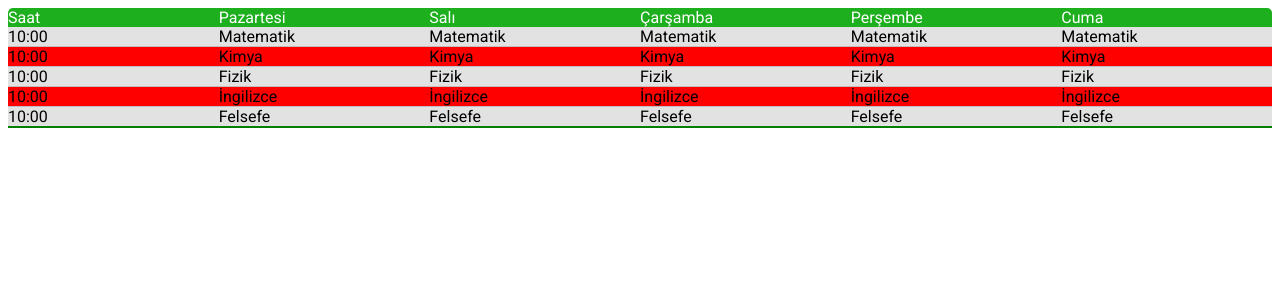
Repository: ahmetbugraozcan/css-ders-programi
Page: deneme.html
The author's editor kept a copy of each file at every save. The page is drawn from the files as they stood at one save, then again after the next save.
The browser window is 1280 px wide. The pictures show the whole page.

Above is the page before, as saved 2021-07-10 10:06:52.

### deneme.html
<!DOCTYPE html>
<html lang="en">

<head>
    <link href='http://fonts.googleapis.com/css?family=Roboto' rel='stylesheet' type='text/css'>

    <meta charset="UTF-8">
    <meta http-equiv="X-UA-Compatible" content="IE=edge">
    <meta name="viewport" content="width=device-width, initial-scale=1.0">
    <title>Document</title>
</head>
<style>

body {
          font-family: 'Roboto', sans-serif;

        }

    header {
        background-color: rgb(29, 175, 29);
        color: white;
        border-radius: 5px 5px 0 0;

    }

    header,
    .row {
        display: flex;
        /* aligns all child elements (flex items) in a row */
    }

    .col :nth-of-type(odd){
        background-color:rgb(226, 226, 226) ;
    }
    .col :last-child {
        border-bottom: 2px solid green;
    }

    .col > div {
        border-bottom: 1px solid rgb(196, 187, 187);


    }

    .row > .col{
        background-color: red;
    }
    .col {
        flex: 1;
        /* distributes space on the line equally among items */
    }
</style>

<body>

    <header>
        <div class="col">Saat</div>
        <div class="col">Pazartesi</div>
        <div class="col">Salı</div>
        <div class="col">Çarşamba</div>
        <div class="col">Perşembe</div>
        <div class="col">Cuma</div>
    </header>
    <div class="row">
        <div class="col"><div>10:00</div><div>10:00</div>
            <div>10:00</div>
            <div>10:00</div>
            <div>10:00</div>
        </div>
        <div class="col">
            <div>Matematik</div>
            <div>Kimya</div>
            <div>Fizik</div>
            <div>İngilizce</div>
            <div>Felsefe</div>
        </div>
        <div class="col"><div>Matematik</div><div>Kimya</div>
            <div>Fizik</div>
            <div>İngilizce</div>
            <div>Felsefe</div>
        </div>
        <div class="col"><div>Matematik</div>
            <div>Kimya</div>
            <div>Fizik</div>
            <div>İngilizce</div>
            <div>Felsefe</div>
        </div>
        <div class="col"><div>Matematik</div><div>Kimya</div>
            <div>Fizik</div>
            <div>İngilizce</div>
            <div>Felsefe</div>
        </div>
        <div class="col"><div>Matematik</div>
            <div>Kimya</div>
            <div>Fizik</div>
            <div>İngilizce</div>
            <div>Felsefe</div>
        </div>
    </div>
</body>

</html>

After the next save:
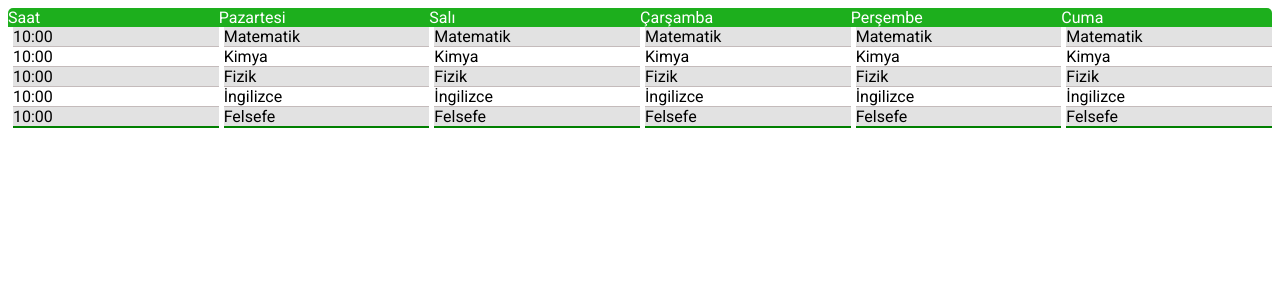
Saved 17 s later.
--- a/deneme.html
+++ b/deneme.html
@@ -43,7 +43,7 @@ body {
     }
 
     .row > .col{
-        background-color: red;
+        padding-left: 5px;
     }
     .col {
         flex: 1;
